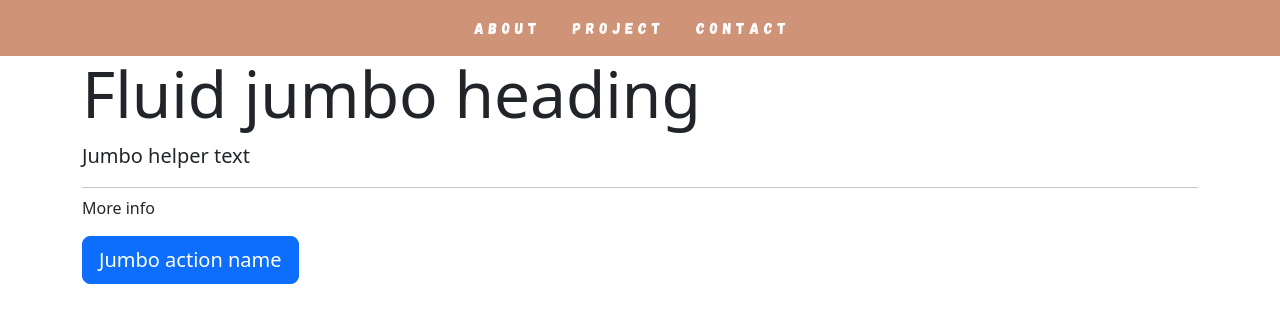
Repository: zetta-muhammad-asyrofuddien/Html-Css-ZettaCAmp
Page: Day1/Portofolio/index.html
The author's editor kept a copy of each file at every save. The page is drawn from the files as they stood at one save, then again after the next save.
The browser window is 1280 px wide. The pictures show the whole page.

Above is the page before, as saved 2023-07-05 05:32:07.

After the next save:
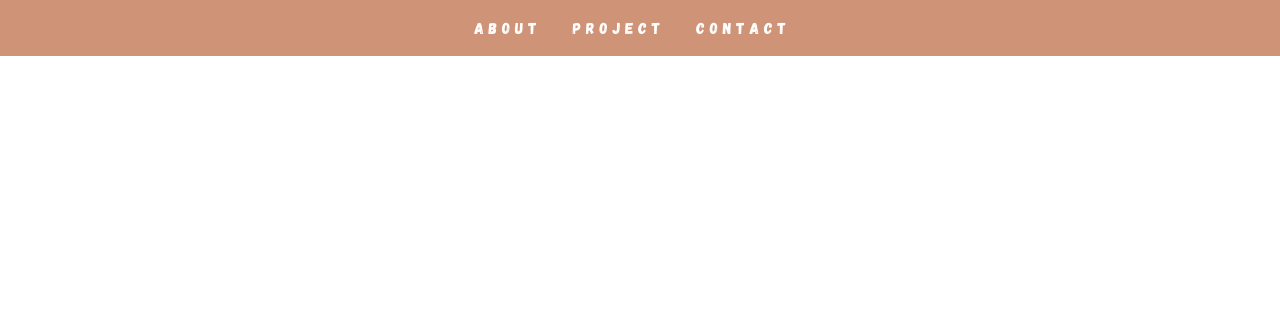
Saved 18 s later.
--- a/Day1/Portofolio/index.html
+++ b/Day1/Portofolio/index.html
@@ -34,17 +34,7 @@
       </div>
     </section>
     <!-- Akhir Navbar -->
-    <div class="jumbotron jumbotron-fluid">
-      <div class="container">
-        <h1 class="display-3">Fluid jumbo heading</h1>
-        <p class="lead">Jumbo helper text</p>
-        <hr class="my-2" />
-        <p>More info</p>
-        <p class="lead">
-          <a class="btn btn-primary btn-lg" href="Jumbo action link" role="button">Jumbo action name</a>
-        </p>
-      </div>
-    </div>
+
     <script src="https://cdn.jsdelivr.net/npm/@popperjs/core@2.11.6/dist/umd/popper.min.js" integrity="sha384-oBqDVmMz9ATKxIep9tiCxS/Z9fNfEXiDAYTujMAeBAsjFuCZSmKbSSUnQlmh/jp3" crossorigin="anonymous"></script>
     <script src="https://cdn.jsdelivr.net/npm/bootstrap@5.2.3/dist/js/bootstrap.min.js" integrity="sha384-cuYeSxntonz0PPNlHhBs68uyIAVpIIOZZ5JqeqvYYIcEL727kskC66kF92t6Xl2V" crossorigin="anonymous"></script>
   </body>
